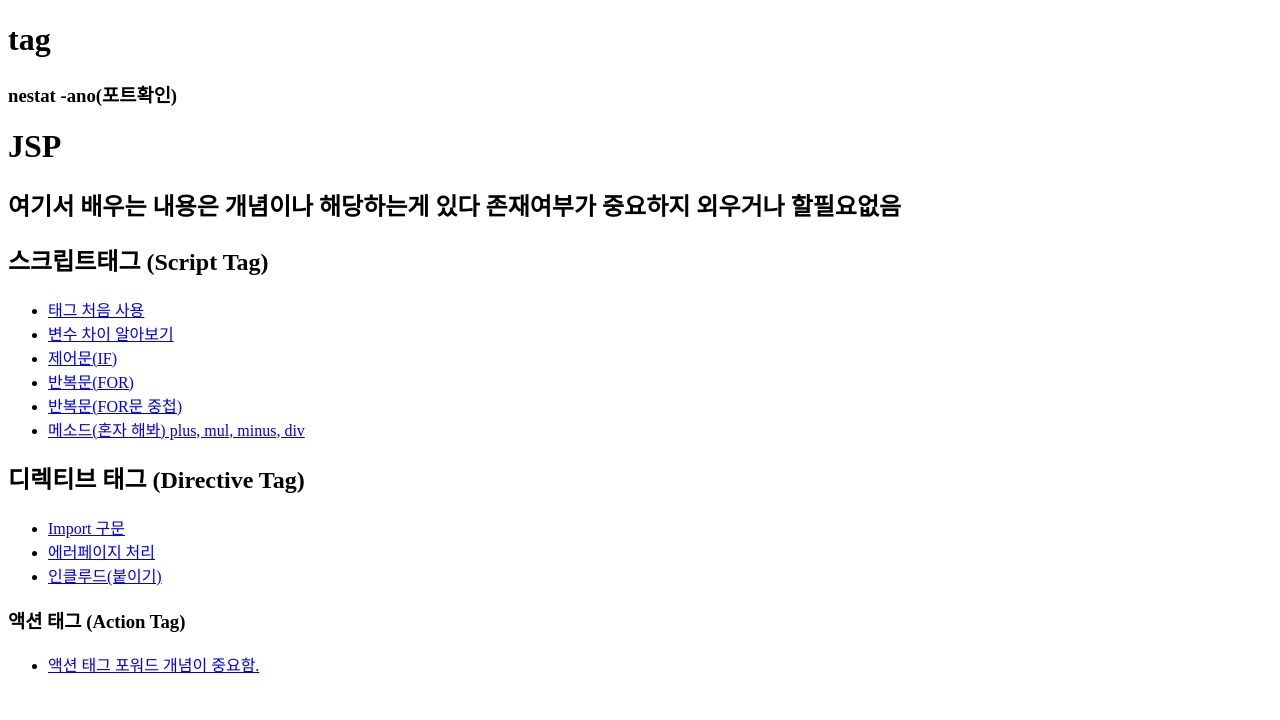
Repository: SanctusAlbino/Jsp_Servlet
Page: http://localhost/03.Tag/
The author's editor kept a copy of each file at every save. The page is drawn from the files as they stood at one save, then again after a run of saves.
The browser window is 1280 px wide. The pictures show the whole page.
The page is served by Tomcat 9.

Above is the page before, as saved 2023-05-19 03:35:25.

### 03.Tag/src/main/webapp/index.html
<!DOCTYPE html>
<html>
<head>
<meta charset="UTF-8">
<title>Insert title here</title>
</head>
<body>
	<h1>tag</h1>
	<h3>nestat -ano(포트확인)</h3>

	<h1>JSP</h1>
	<h2>여기서 배우는 내용은 개념이나 해당하는게 있다 존재여부가 중요하지 외우거나 할필요없음</h2>
	<h2>스크립트태그 (Script Tag)</h2>

	<ul>
		<li><a href="01.Script/Ex00Into.jsp">태그 처음 사용</a></li>
		<li><a href="01.Script/Ex01Var.jsp">변수 차이 알아보기</a></li>
		<li><a href="01.Script/Ex02If.jsp">제어문(IF)</a></li>
		<li><a href="01.Script/Ex03For.jsp">반복문(FOR)</a></li>
		<li><a href="01.Script/Ex04For.jsp">반복문(FOR문 중첩)</a></li>
		<li><a href="01.Script/Ex05Method.jsp">메소드(혼자 해봐)
		plus, mul, minus, div</a></li>
	</ul>

	<h2>디렉티브 태그 (Directive Tag)</h2>
		<ul>
			<li><a href="02.Directive/Ex01_Directive.jsp">Import 구문</a></li>
			<li><a href="02.Directive/Ex02_ErrorMain.jsp">에러페이지 처리</a></li>
			<li><a href="02.Directive/Ex03_IncludeMain.jsp">인클루드(붙이기)</a></li>
		</ul>

	<h3> 액션 태그 (Action Tag)</h3>
		<ul>
			<li><a href="03.Action/Ex01_Forward.jsp">액션 태그 포워드 개념이 중요함.</a></li>

		</ul>

</body>
</html>

After the next 2 saves:
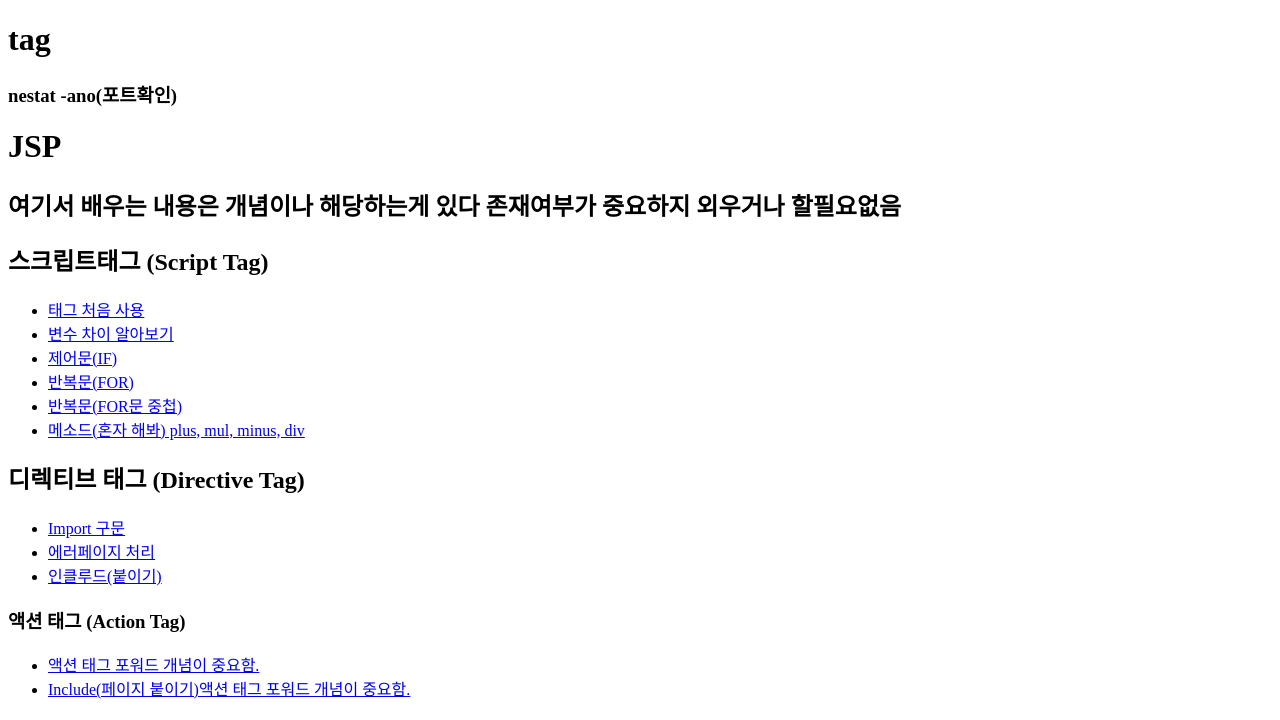
The 2 saves are shown as one change because 1 did not build or start.
The last was saved 2 min 33 s later.
--- a/03.Tag/src/main/webapp/index.html
+++ b/03.Tag/src/main/webapp/index.html
@@ -32,6 +32,7 @@
 	<h3> 액션 태그 (Action Tag)</h3>
 		<ul>
 			<li><a href="03.Action/Ex01_Forward.jsp">액션 태그 포워드 개념이 중요함.</a></li>
+			<li><a href="03.Action/Ex02_IncludeMain.jsp"> Include(페이지 붙이기)액션 태그 포워드 개념이 중요함.</a></li>
 
 		</ul>
 
